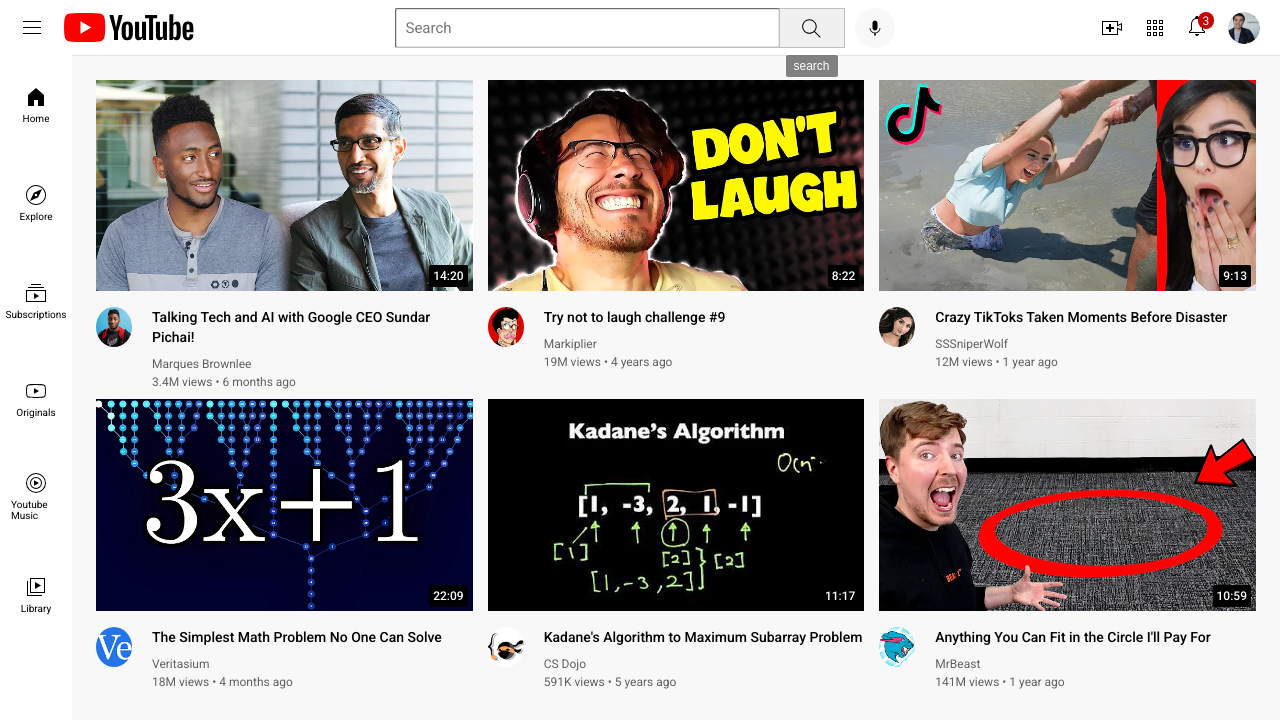
Repository: idahcarts-ux/html-css
Page: youtube.html
These files come from the project's save history. The page is drawn as it stood at one moment and after the next save; the edit follows.
The browser window is 1280 px wide. The pictures show the whole page.

Above is the page before, as saved 2025-11-21 07:09:37.

After the next save:
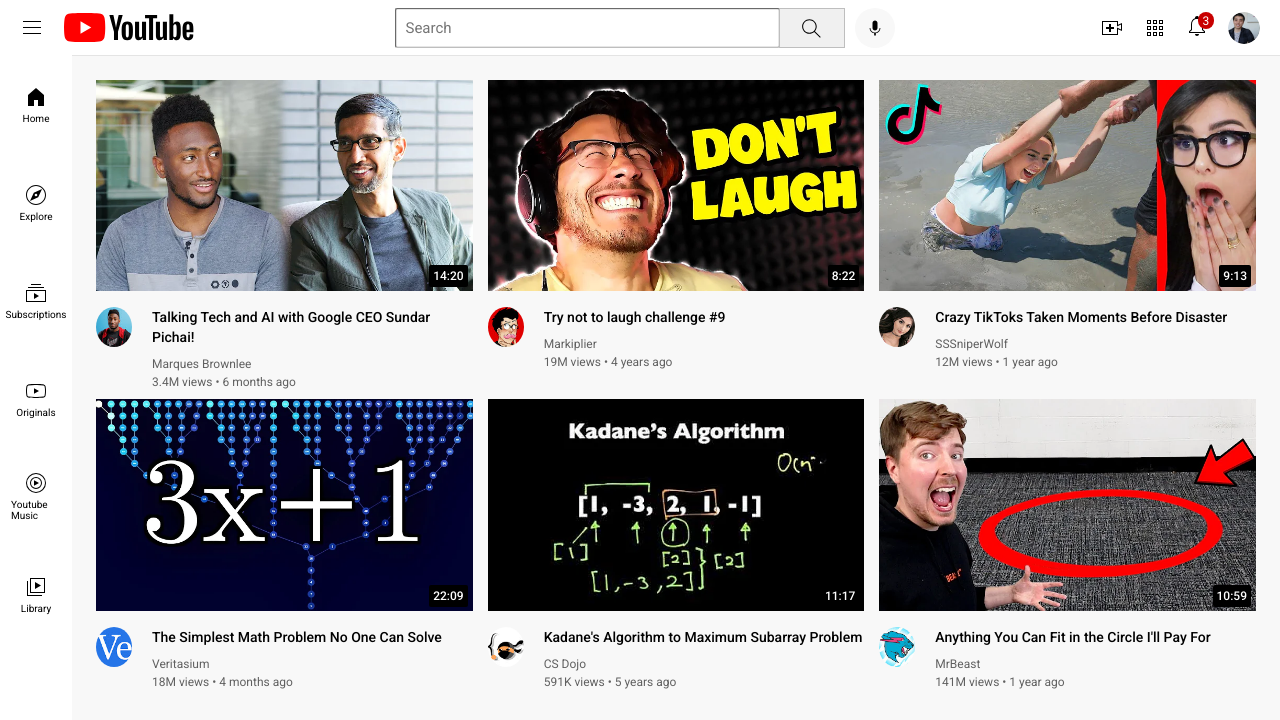
Saved 11 s later.
--- a/styles/header.css
+++ b/styles/header.css
@@ -85,7 +85,7 @@
     border-radius: 2px;
     font-size: 12px;
     bottom: -30px;
-    opacity:
+    opacity: 0;
 
   }
 
